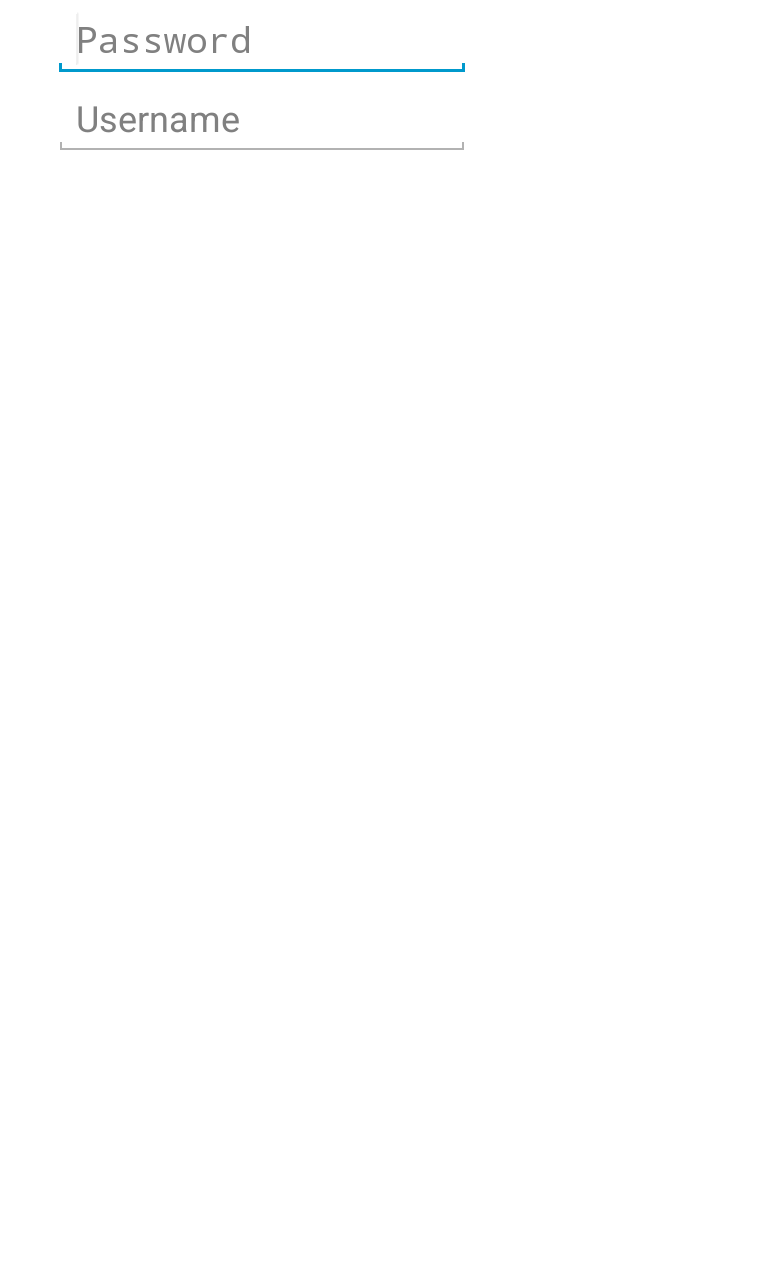
Repository: rizkivmaster/bukalapak
Layout: BukaLapakLogin/res/layout/activity_main.xml
These files come from the project's save history. The layout is drawn as it stood at one moment and after the next save; the edit follows.
It is drawn on a 768 x 1280 px phone screen (xhdpi) without system bars, with theme AppTheme; the app's code is not run.

Above is the layout before, as saved 2013-06-19 03:31:30.

After the next save:
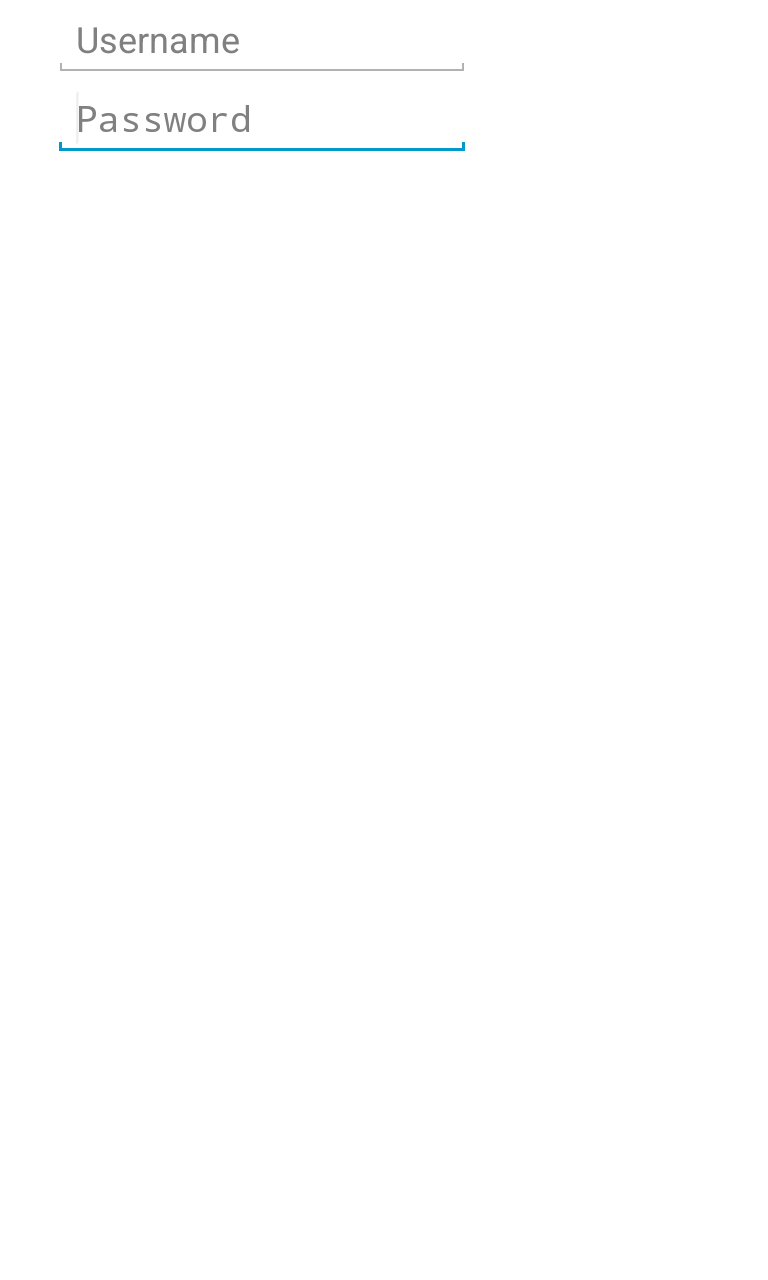
Saved 5 s later.
--- a/BukaLapakLogin/res/layout/activity_main.xml
+++ b/BukaLapakLogin/res/layout/activity_main.xml
@@ -13,6 +13,14 @@
         android:layout_marginLeft="26dp"
         android:orientation="vertical" >
 
+
+
+        <EditText
+            android:id="@+id/editText1"
+            android:layout_width="wrap_content"
+            android:layout_height="wrap_content"
+            android:ems="10"
+            android:hint="Username" />
         <EditText
             android:id="@+id/editText2"
             android:layout_width="wrap_content"
@@ -23,13 +31,6 @@
 
             <requestFocus />
         </EditText>
-
-        <EditText
-            android:id="@+id/editText1"
-            android:layout_width="wrap_content"
-            android:layout_height="wrap_content"
-            android:ems="10"
-            android:hint="Username" />
     </LinearLayout>
 
 </RelativeLayout>
